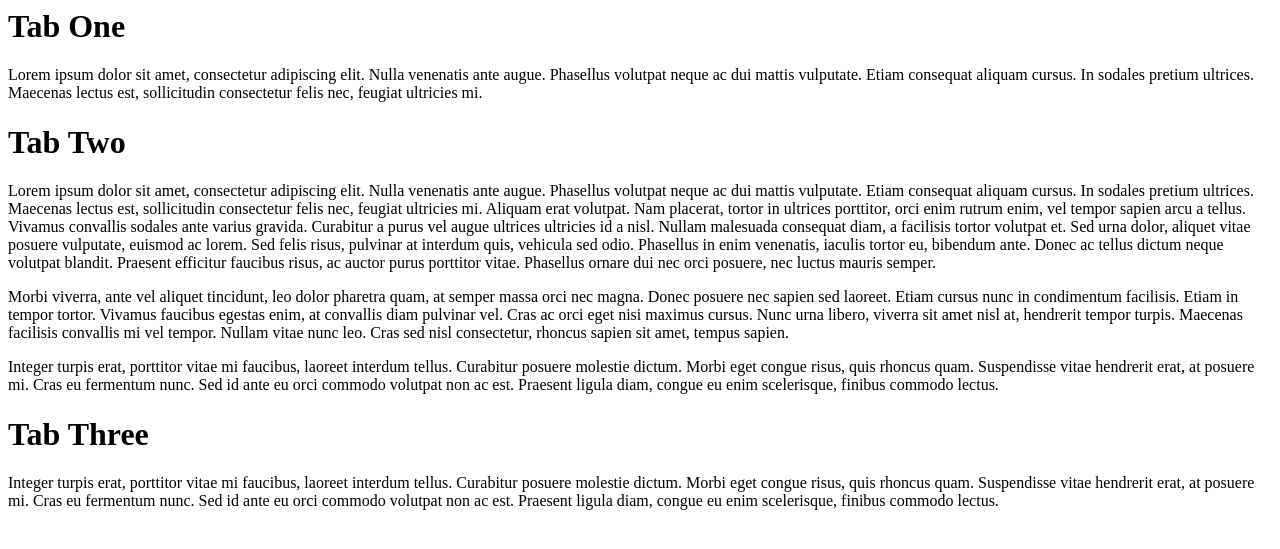
Repository: zayro/php_crud_angularjs_material
Page: reporte.html
The author's editor kept a copy of each file at every save. The page is drawn from the files as they stood at one save, then again after the next save.
The browser window is 1280 px wide. The pictures show the whole page.

Above is the page before, as saved 2017-05-05 10:12:45.

After the next save:
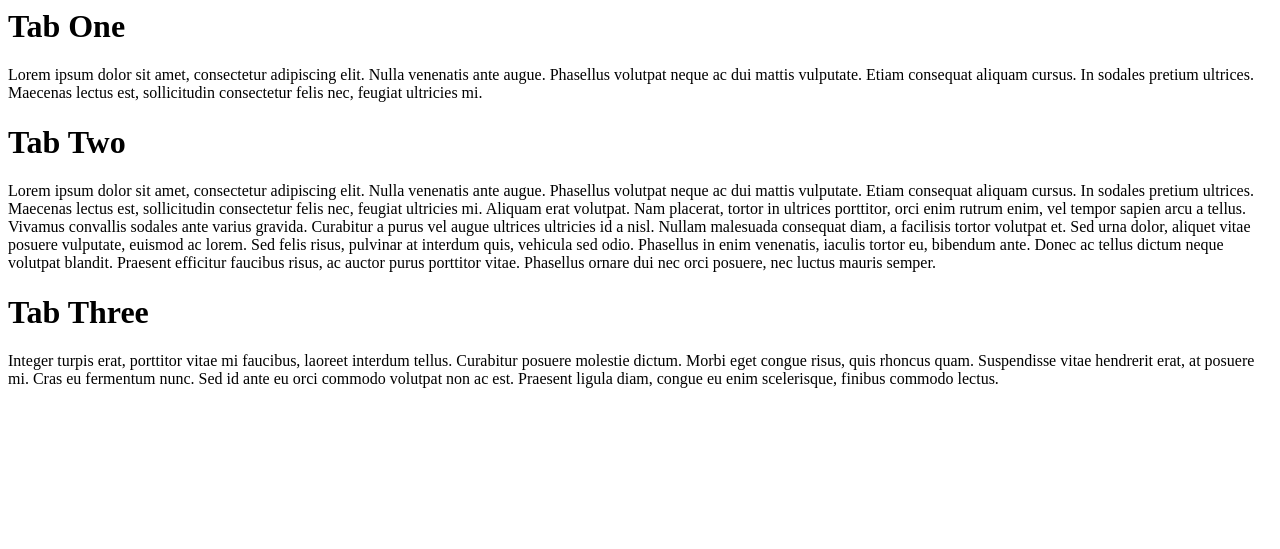
Saved 79 s later.
--- a/reporte.html
+++ b/reporte.html
@@ -15,11 +15,7 @@
                         felis nec, feugiat ultricies mi. Aliquam erat volutpat. Nam placerat, tortor in ultrices porttitor, orci enim rutrum enim, vel tempor sapien arcu a tellus. Vivamus convallis sodales ante varius gravida. Curabitur a purus vel augue
                         ultrices ultricies id a nisl. Nullam malesuada consequat diam, a facilisis tortor volutpat et. Sed urna dolor, aliquet vitae posuere vulputate, euismod ac lorem. Sed felis risus, pulvinar at interdum quis, vehicula sed odio. Phasellus
                         in enim venenatis, iaculis tortor eu, bibendum ante. Donec ac tellus dictum neque volutpat blandit. Praesent efficitur faucibus risus, ac auctor purus porttitor vitae. Phasellus ornare dui nec orci posuere, nec luctus mauris semper.</p>
-                    <p>Morbi viverra, ante vel aliquet tincidunt, leo dolor pharetra quam, at semper massa orci nec magna. Donec posuere nec sapien sed laoreet. Etiam cursus nunc in condimentum facilisis. Etiam in tempor tortor. Vivamus faucibus egestas
-                        enim, at convallis diam pulvinar vel. Cras ac orci eget nisi maximus cursus. Nunc urna libero, viverra sit amet nisl at, hendrerit tempor turpis. Maecenas facilisis convallis mi vel tempor. Nullam vitae nunc leo. Cras sed nisl
-                        consectetur, rhoncus sapien sit amet, tempus sapien.</p>
-                    <p>Integer turpis erat, porttitor vitae mi faucibus, laoreet interdum tellus. Curabitur posuere molestie dictum. Morbi eget congue risus, quis rhoncus quam. Suspendisse vitae hendrerit erat, at posuere mi. Cras eu fermentum nunc. Sed
-                        id ante eu orci commodo volutpat non ac est. Praesent ligula diam, congue eu enim scelerisque, finibus commodo lectus.</p>
+
                 </md-content>
             </md-tab>
             <md-tab label="three">
